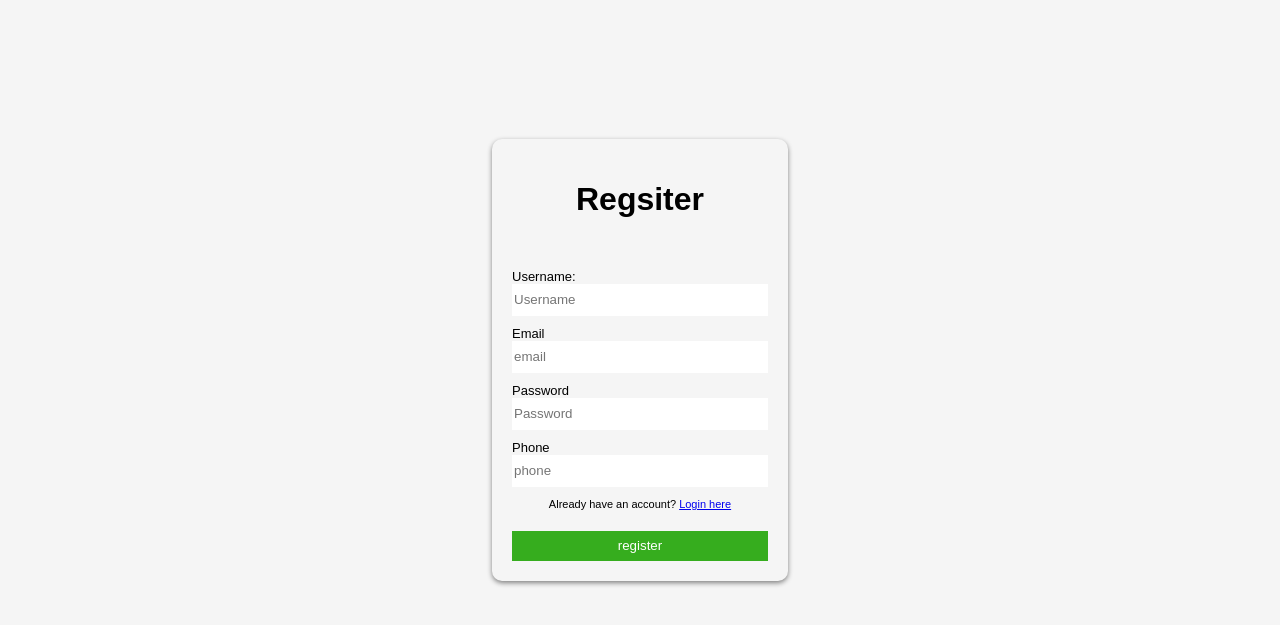
Repository: Dennis-star1001/PHP-CRUD
Page: http://localhost/register.php
These files come from the project's save history. The page is drawn as it stood at one moment and after the next save; the edit follows.
The browser window is 1280 px wide. The pictures show the whole page.
The page is run by PHP 8.4 with error messages shown; the project is at /var/www/html/.

Above is the page before, as saved 2022-07-06 01:14:56.

After the next save:
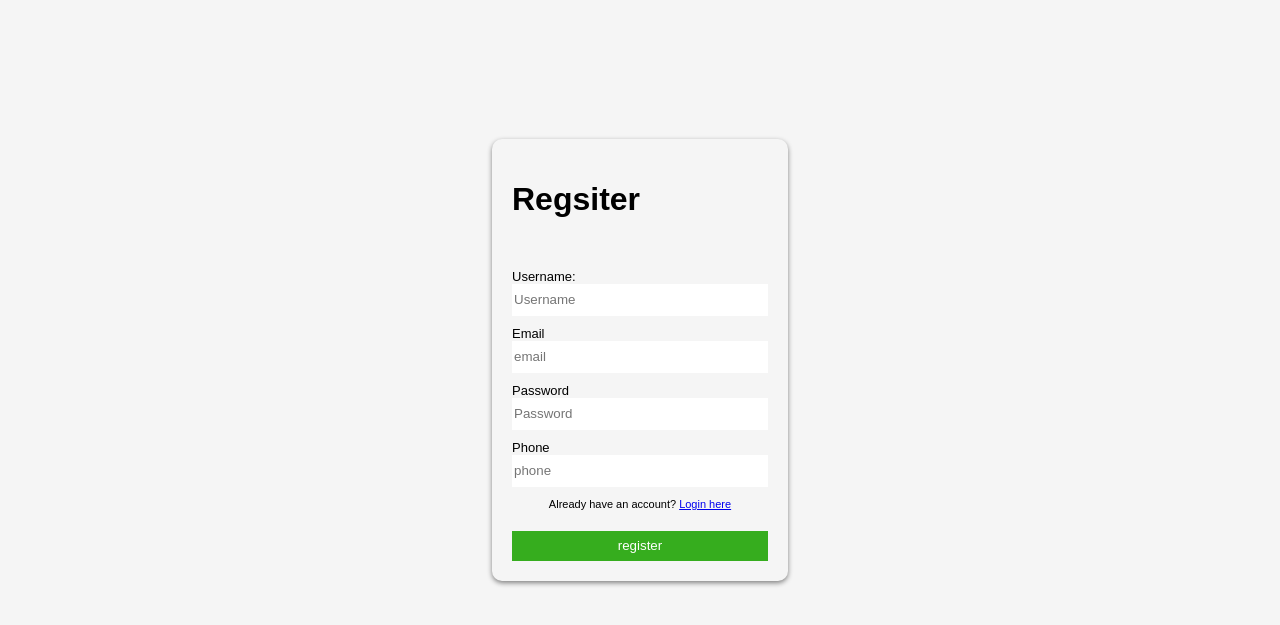
Saved 3 s later.
--- a/register.php
+++ b/register.php
@@ -28,7 +28,7 @@ if (isset($_GET['err'])) {
     <form method="POST" action="backend.php">
         <div class="container">
             <div class="left">
-                <h1 class="title">Regsiter</h1>
+                <h1 class="heading">Regsiter</h1>
                 <?php echo "<div class='$clas'>$err</div>" ?>
 
                 <?php echo "<div class='$clas'>$sucess</div>" ?>

After the save that followed:
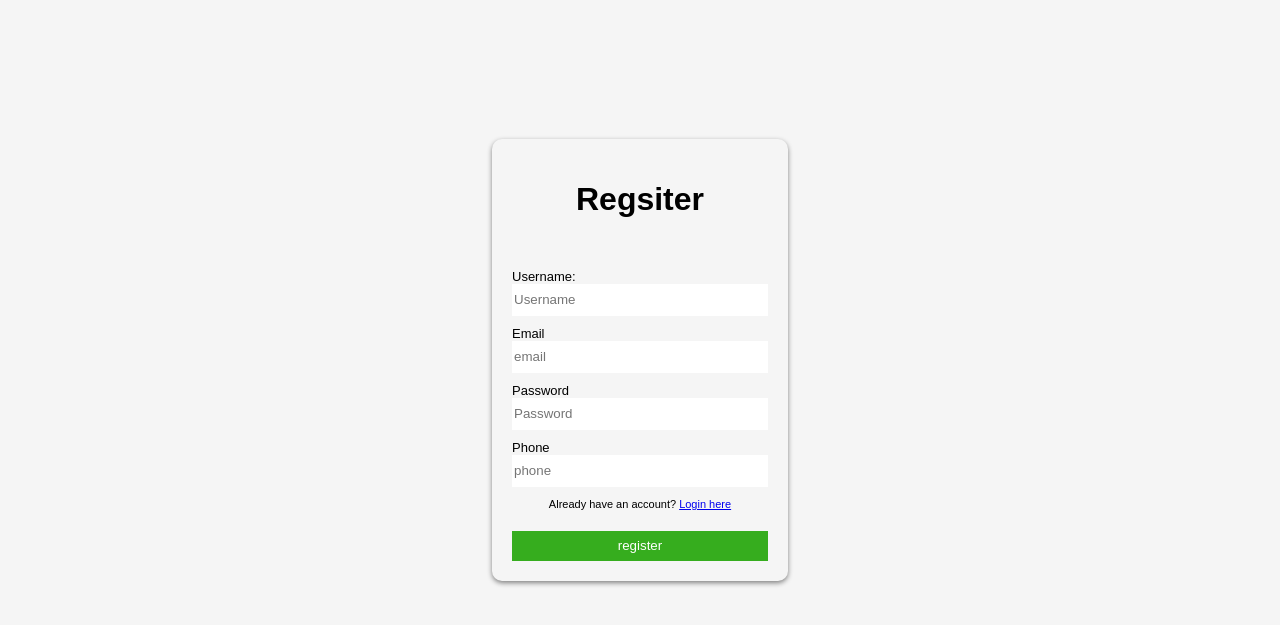
Saved 13 s later.
--- a/style.css
+++ b/style.css
@@ -5,7 +5,7 @@ body {
 
 }
 
-.title{
+.heading{
 
     text-align: center;
 
